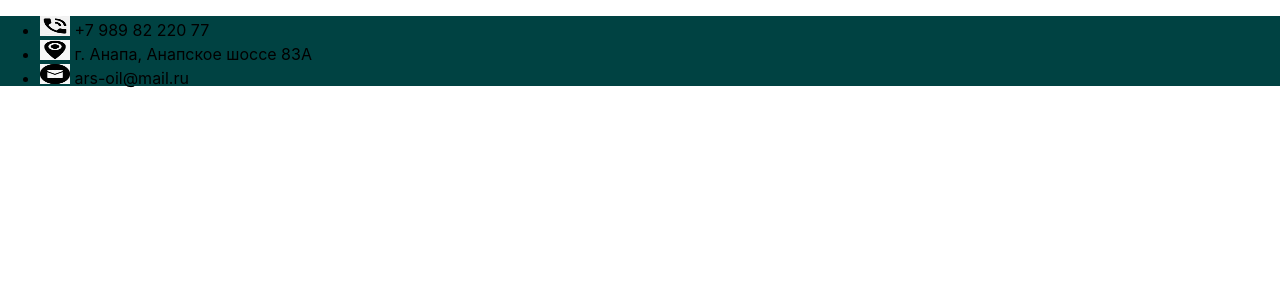
Repository: Vahe4836/new-project--Vahe
Page: /
These files come from the project's save history. The page is drawn as it stood at one moment and after a run of saves; the edit follows.
The browser window is 1280 px wide. The pictures show the whole page.
The project was rebuilt for these pictures with package versions that can differ from the ones it lists, and the page was loaded fresh each time. Also part of the build but not shown: src/App.css.

Above is the page before, as saved 2022-02-25 14:02:50.

### public/index.html
<!DOCTYPE html>
<html lang="en">
  <head>
    <meta charset="utf-8" />
    <link rel="icon" href="%PUBLIC_URL%/favicon.ico" />
    <meta name="viewport" content="width=device-width, initial-scale=1" />
    <meta name="theme-color" content="#000000" />
    <meta
      name="description"
      content="Web site created using create-react-app"
    />
    <link rel="apple-touch-icon" href="%PUBLIC_URL%/logo192.png" />
    <!--
      manifest.json provides metadata used when your web app is installed on a
      user's mobile device or desktop. See https://developers.google.com/web/fundamentals/web-app-manifest/
    -->
    <link rel="manifest" href="%PUBLIC_URL%/manifest.json" />
    <!--
      Notice the use of %PUBLIC_URL% in the tags above.
      It will be replaced with the URL of the `public` folder during the build.
      Only files inside the `public` folder can be referenced from the HTML.

      Unlike "/favicon.ico" or "favicon.ico", "%PUBLIC_URL%/favicon.ico" will
      work correctly both with client-side routing and a non-root public URL.
      Learn how to configure a non-root public URL by running `npm run build`.
    -->
    <title>Золотая колесница</title>
  </head>
  <body>
    <noscript>You need to enable JavaScript to run this app.</noscript>
    <div id="root"></div>
    <!--
      This HTML file is a template.
      If you open it directly in the browser, you will see an empty page.

      You can add webfonts, meta tags, or analytics to this file.
      The build step will place the bundled scripts into the <body> tag.

      To begin the development, run `npm start` or `yarn start`.
      To create a production bundle, use `npm run build` or `yarn build`.
    -->
  </body>
</html>

### src/App.js
import React from 'react';
import './App.css';
import Header from './Layouts/Header/Header';

function App() {
  return (
    <Header />
  )

}

export default App;

### src/Layouts/Header/Header.jsx
import React from "react";
import style from "./Header.module.scss";
import geo from "../../Images/Geo.png";
import mail from "../../Images/mail.jpg";
import tel from "../../Images/Tel.png";

export default function Header() {
  return (
    <div className={style.adressbox}>
      <ul>
        <li>
          {" "}
          <img src={tel} width ={30} height = {20} alt="" /> +7 989 82 220 77{" "}
        </li>
        <li>
          {" "}
          <img src={geo} width ={30} height = {20} alt="" /> г. Анапа, Анапское шоссе 83А{" "}
        </li>
        <li>
          {" "}
          <img src={mail} width ={30} height = {20} alt="" /> ars-oil@mail.ru{" "}
        </li>
      </ul>
    </div>
  );
}

### src/Layouts/Header/Header.module.scss
.adressbox{
    width: 100%;
    height: 70px;
    background-color: #004242;
}

Loaded but not shown: src/index.js (common file); src/index.css (common file); src/reportWebVitals.js (common file)

After the next 3 saves:
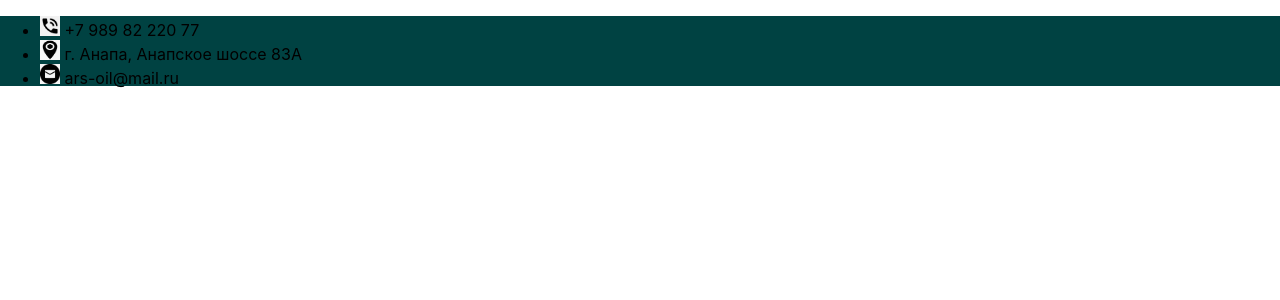
The 3 saves are shown as one change because they came seconds apart.
The last was saved 10 s later.
--- a/src/Layouts/Header/Header.jsx
+++ b/src/Layouts/Header/Header.jsx
@@ -10,15 +10,15 @@
       <ul>
         <li>
           {" "}
-          <img src={tel} width ={30} height = {20} alt="" /> +7 989 82 220 77{" "}
+          <img src={tel} width ={20} height = {20} alt="" /> +7 989 82 220 77{" "}
         </li>
         <li>
           {" "}
-          <img src={geo} width ={30} height = {20} alt="" /> г. Анапа, Анапское шоссе 83А{" "}
+          <img src={geo} width ={20} height = {20} alt="" /> г. Анапа, Анапское шоссе 83А{" "}
         </li>
         <li>
           {" "}
-          <img src={mail} width ={30} height = {20} alt="" /> ars-oil@mail.ru{" "}
+          <img src={mail} width ={20} height = {20} alt="" /> ars-oil@mail.ru{" "}
         </li>
       </ul>
     </div>
